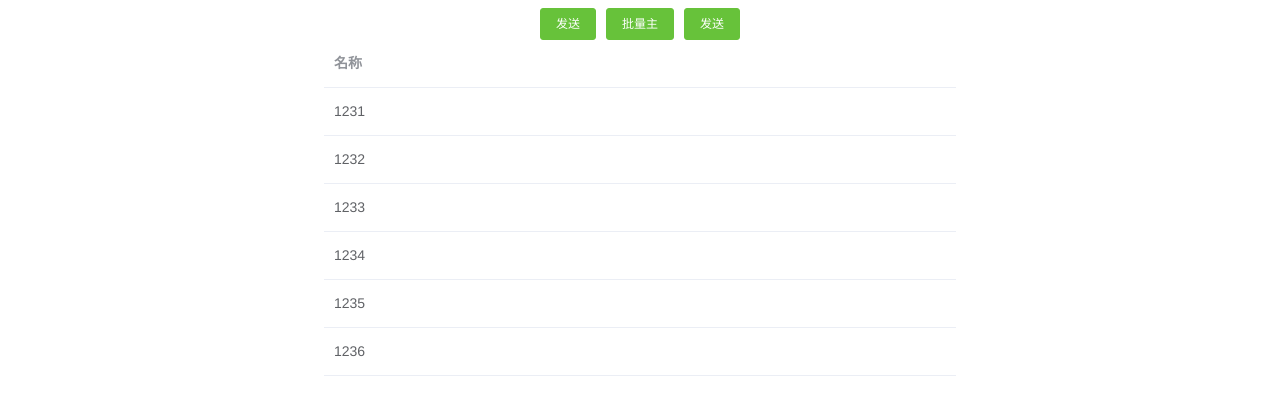
Repository: faintout/BHMQTTSendTool
Page: /
These files come from the project's save history. The page is drawn as it stood at one moment and after the next save; the edit follows.
The browser window is 1280 px wide. The pictures show the whole page.
The project was rebuilt for these pictures with package versions that can differ from the ones it lists, and the page was loaded fresh each time. Also part of the build but not shown: vue.config.js. Imported but missing from the stored project, and not drawn on this page: src/views/About.vue.

Above is the page before, as saved 2020-08-26 14:00:25.

After the next save:
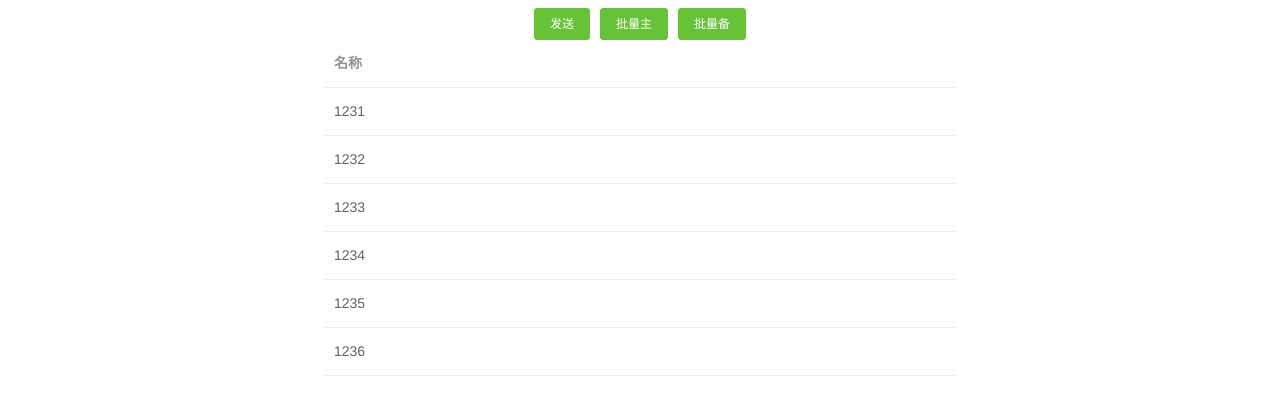
Saved 5 s later.
--- a/src/views/Home.vue
+++ b/src/views/Home.vue
@@ -5,7 +5,7 @@
     <div>
        <el-button type="success" size="small">发送</el-button>
        <el-button type="success" size="small">批量主</el-button>
-       <el-button type="success" size="small">发送</el-button>
+       <el-button type="success" size="small">批量备</el-button>
     </div>
       <el-table
       v-loading="tableLoading"
